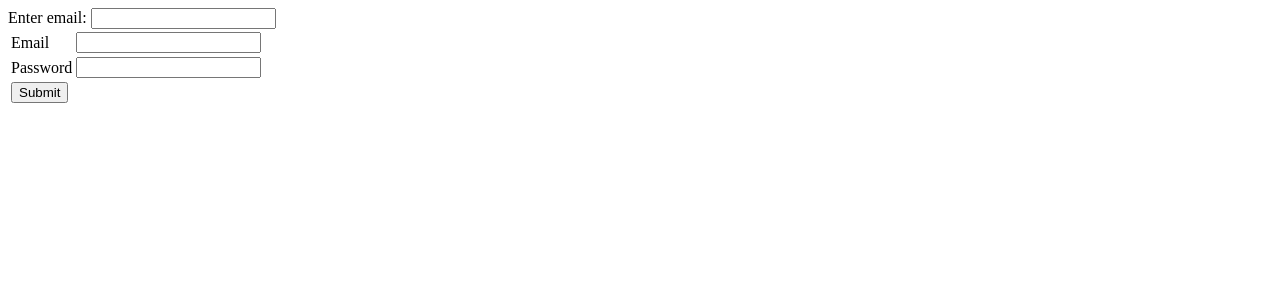
Repository: avchen0/Avensys
Page: Java/FirstProgram/src/main/webapp/forgotPwd.html
The author's editor kept a copy of each file at every save. The page is drawn from the files as they stood at one save, then again after the next save.
The browser window is 1280 px wide. The pictures show the whole page.

Above is the page before, as saved 2021-08-10 06:45:52.

### Java/FirstProgram/src/main/webapp/forgotPwd.html
<!DOCTYPE html>
<html>
<head>
<meta charset="UTF-8">
<title>Forgot Password</title>
</head>
<body>
Enter email: <input type="text" name="email">
<form action="Login">
	<table>
		<tr>
			<td>Email</td><td><input type="text" name="email"></td>
		</tr>
		<tr>
			<td>Password</td><td><input type="password" name="pwd"></td>
		</tr>
		<tr>
			<td><input type="submit" value="Submit"></td>
		</tr>
	</table>
</form>
</body>
</html>

After the next save:
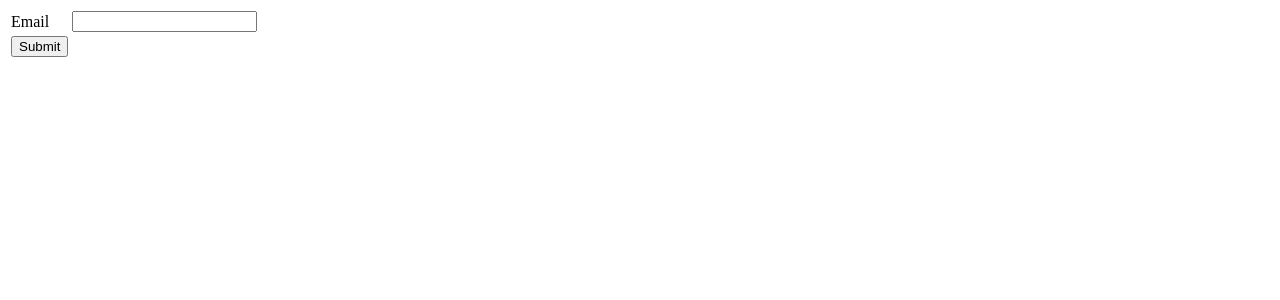
Saved 18 s later.
--- a/Java/FirstProgram/src/main/webapp/forgotPwd.html
+++ b/Java/FirstProgram/src/main/webapp/forgotPwd.html
@@ -5,14 +5,10 @@
 <title>Forgot Password</title>
 </head>
 <body>
-Enter email: <input type="text" name="email">
-<form action="Login">
+<form action="ForgotPwd">
 	<table>
 		<tr>
 			<td>Email</td><td><input type="text" name="email"></td>
-		</tr>
-		<tr>
-			<td>Password</td><td><input type="password" name="pwd"></td>
 		</tr>
 		<tr>
 			<td><input type="submit" value="Submit"></td>
